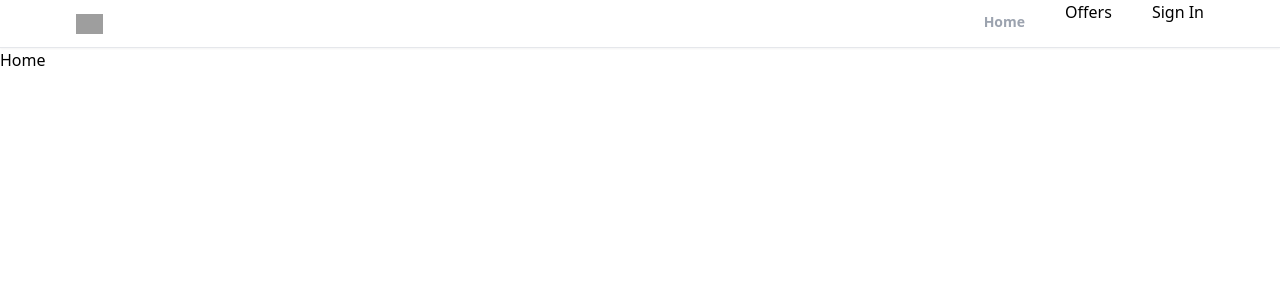
Repository: Mardoqueu/realtor-clone-react
Page: /
These files come from the project's save history. The page is drawn as it stood at one moment and after the next save; the edit follows.
The browser window is 1280 px wide. The pictures show the whole page.
Pictures or frames that could not be fetched are drawn as grey boxes. The project was rebuilt for these pictures with package versions that can differ from the ones it lists, and the page was loaded fresh each time. Also part of the build but not shown: src/pages/Profile.jsx, src/pages/SignIn.jsx, src/pages/SignUp.jsx, src/pages/ForgotPassword.jsx, src/pages/Offers.jsx.

Above is the page before, as saved 2022-10-27 08:34:39.

After the next save:
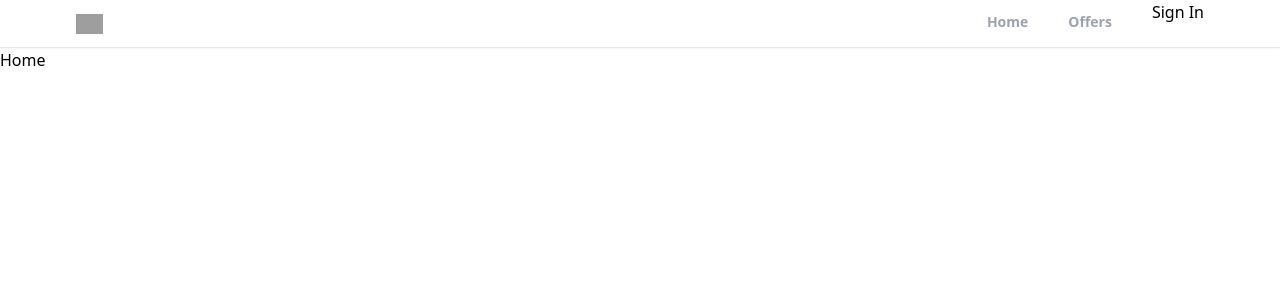
Saved 17 s later.
--- a/src/components/Header.jsx
+++ b/src/components/Header.jsx
@@ -18,7 +18,7 @@ const Header = () => {
                 <div>
                     <ul className='flex space-x-10'>
                         <li className={`cursor-pointer py-3 text-sm font-semibold text-gray-400 border-b-[3px] border-b-transparent ${pathMathRoute("/") && "text-black border-b-red-500"}`}>Home</li>
-                        <li>Offers</li>
+                        <li className={`cursor-pointer py-3 text-sm font-semibold text-gray-400 border-b-[3px] border-b-transparent ${pathMathRoute("/") && "text-black border-b-red-500"}`}>Offers</li>
                         <li>Sign In</li>
                     </ul>
                 </div>
